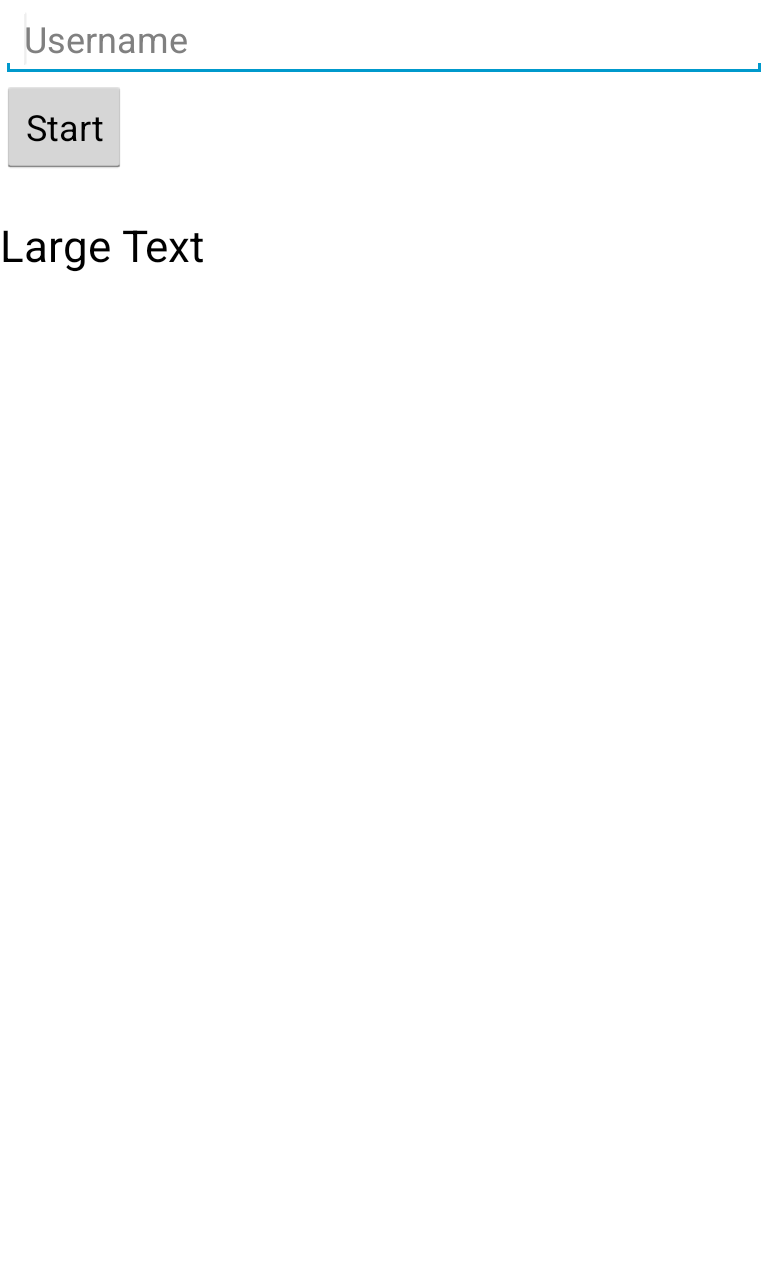
Repository: NickGeek/WiN
Layout: Android/WiN/res/layout/activity_main.xml
These files come from the project's save history. The layout is drawn as it stood at one moment and after the next save; the edit follows.
It is drawn on a 768 x 1280 px phone screen (xhdpi) without system bars, with theme AppTheme; the app's code is not run.

Above is the layout before, as saved 2013-11-02 23:24:37.

### Android/WiN/res/layout/activity_main.xml
<LinearLayout xmlns:android="http://schemas.android.com/apk/res/android"
    android:layout_width="fill_parent"
    android:layout_height="fill_parent"
    android:orientation="vertical" >

    <EditText
        android:id="@+id/editText1"
        android:layout_width="match_parent"
        android:layout_height="wrap_content"
        android:ems="10"
        android:hint="@string/username" >

        <requestFocus />
    </EditText>

    <Button
        android:id="@+id/button1"
        android:layout_width="wrap_content"
        android:layout_height="wrap_content"
        android:text="@string/start" />

    <Space
        android:layout_width="match_parent"
        android:layout_height="20dp" />

    <TextView
        android:id="@+id/textView1"
        android:layout_width="wrap_content"
        android:layout_height="wrap_content"
        android:text="Large Text"
        android:textAppearance="?android:attr/textAppearanceLarge" />

</LinearLayout>

### Android/WiN/res/values/strings.xml
<?xml version="1.0" encoding="utf-8"?>
<resources>

    <string name="app_name">WiN</string>
    <string name="action_settings">Settings</string>
    <string name="hello_world">Hello world!</string>
    <string name="username">Username</string>
    <string name="start">Start</string>
    <string name="sendTitle">Send a message:</string>
    <string name="target">Target\'s username</string>
    <string name="msg">Message</string>

</resources>

Loaded but not shown: Android/WiN/res/values/styles.xml (common file); Android/WiN/res/values-v11/styles.xml (common file); Android/WiN/res/values-v14/styles.xml (common file)

After the next save:
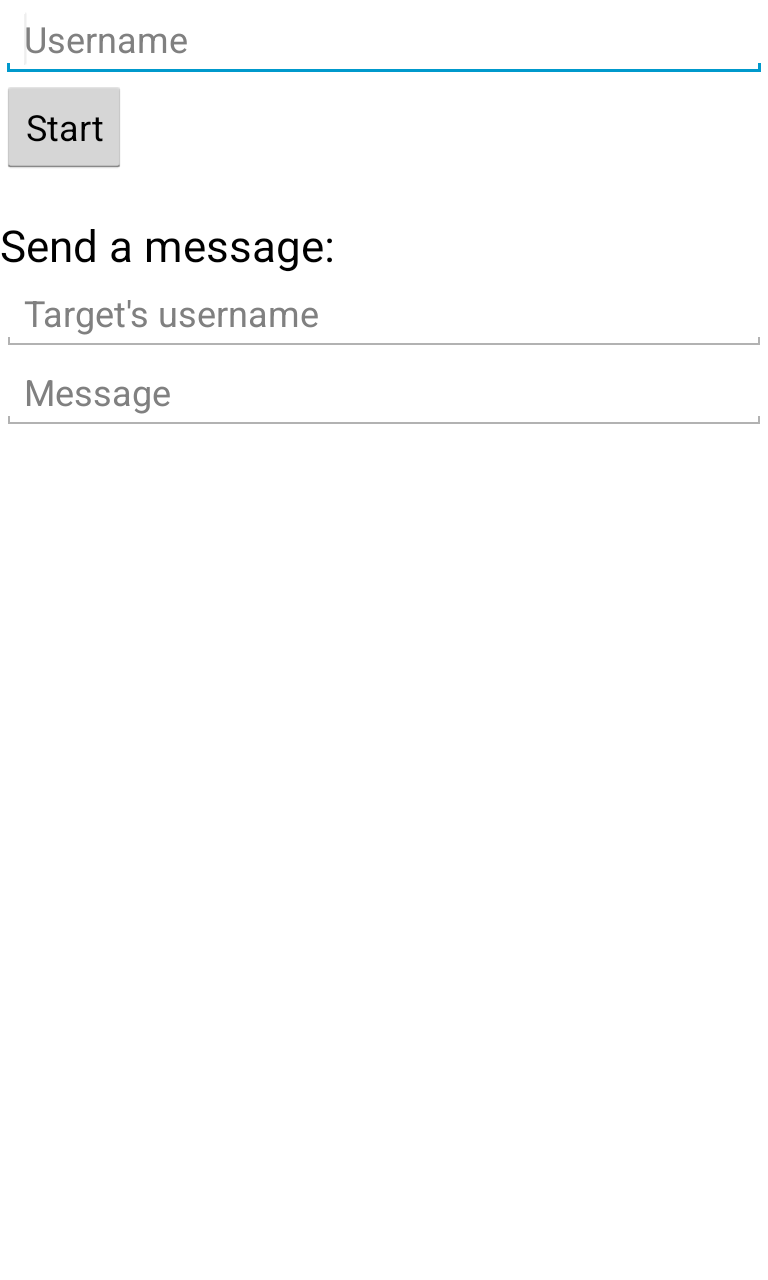
Saved 5 s later.
--- a/Android/WiN/res/layout/activity_main.xml
+++ b/Android/WiN/res/layout/activity_main.xml
@@ -27,7 +27,22 @@
         android:id="@+id/textView1"
         android:layout_width="wrap_content"
         android:layout_height="wrap_content"
-        android:text="Large Text"
+        android:text="@string/sendTitle"
         android:textAppearance="?android:attr/textAppearanceLarge" />
 
+    <EditText
+        android:id="@+id/editText2"
+        android:layout_width="match_parent"
+        android:layout_height="wrap_content"
+        android:ems="10"
+        android:hint="@string/target" />
+
+    <EditText
+        android:id="@+id/editText3"
+        android:layout_width="match_parent"
+        android:layout_height="wrap_content"
+        android:ems="10"
+        android:hint="@string/msg"
+        android:inputType="textCapSentences|textAutoCorrect|textAutoComplete|textNoSuggestions" />
+
 </LinearLayout>
